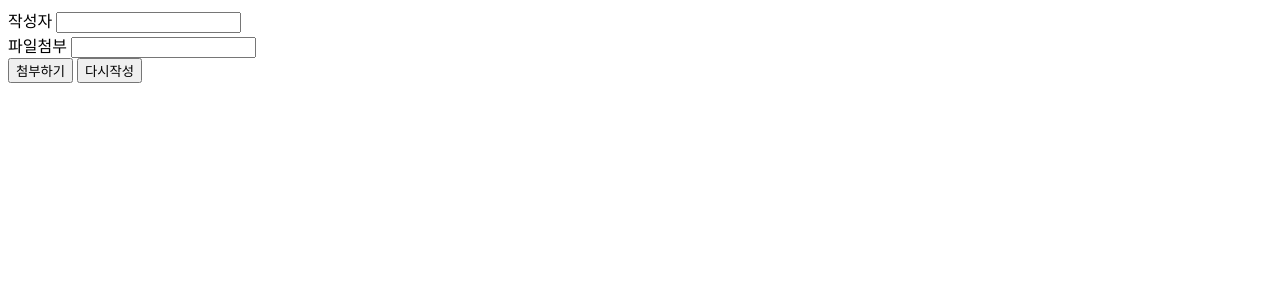
Repository: WONDongin/GoodeeAcademy_JAVA
Page: http://localhost/jspStudy/ex12_upload/ex01_uploadform.jsp
An editor plug-in stored every save of this project. The page is shown before and after the next save, followed by the edit.
The browser window is 1280 px wide. The pictures show the whole page.
The page is served by Tomcat 9.

Above is the page before, as saved 2025-04-03 05:13:40.

After the next save:
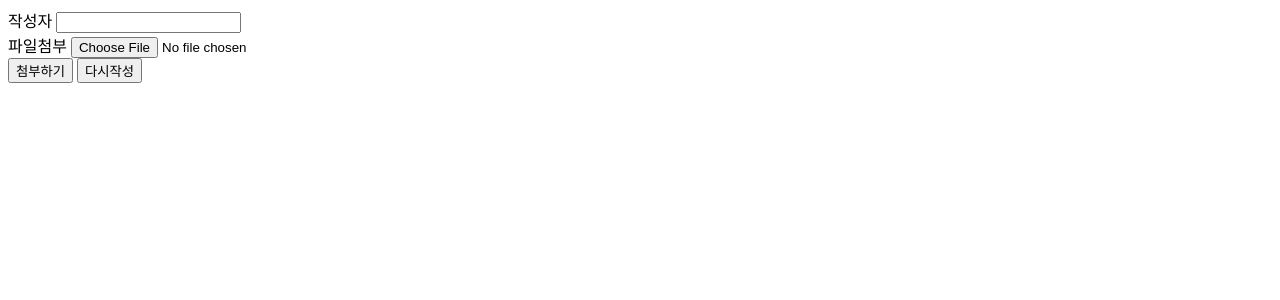
Saved 18 s later.
--- a/jsp_study/jspStudy/src/main/webapp/ex12_upload/ex01_uploadform.jsp
+++ b/jsp_study/jspStudy/src/main/webapp/ex12_upload/ex01_uploadform.jsp
@@ -16,7 +16,7 @@
 			</div>
 			<div>
 				<label for="filename">파일첨부</label>
-				<input type="text" id="filename" name="filename">
+				<input type="file" id="filename" name="filename">
 			</div>
 			<div>
 				<button>첨부하기</button>
